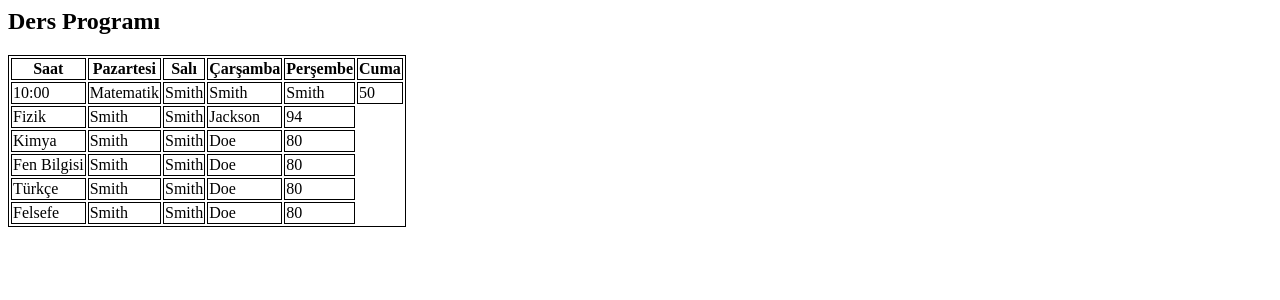
Repository: ahmetbugraozcan/css-ders-programi
Page: deneme.html
An editor plug-in stored every save of this project. The page is shown before and after the next save, followed by the edit.
The browser window is 1280 px wide. The pictures show the whole page.

Above is the page before, as saved 2021-07-07 15:41:29.

After the next save:
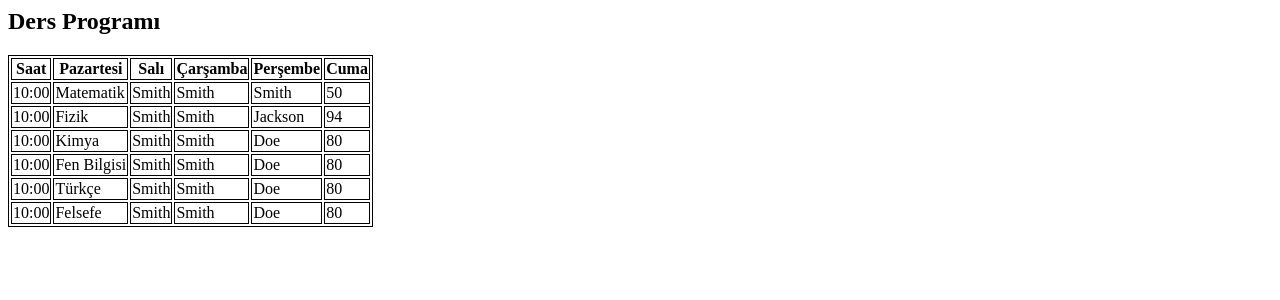
Saved 16 s later.
--- a/deneme.html
+++ b/deneme.html
@@ -33,35 +33,35 @@
 
 
         </tr>
-        <tr>
+        <tr><td>10:00</td>
             <td>Fizik</td>
             <td>Smith</td>
             <td>Smith</td>
             <td>Jackson</td>
             <td>94</td>
         </tr>
-        <tr>
+        <tr><td>10:00</td>
             <td>Kimya</td>
             <td>Smith</td>
             <td>Smith</td>
             <td>Doe</td>
             <td>80</td>
         </tr>
-        <tr>
+        <tr><td>10:00</td>
             <td>Fen Bilgisi</td>
             <td>Smith</td>
             <td>Smith</td>
             <td>Doe</td>
             <td>80</td>
         </tr>
-        <tr>
+        <tr><td>10:00</td>
             <td>Türkçe</td>
             <td>Smith</td>
             <td>Smith</td>
             <td>Doe</td>
             <td>80</td>
         </tr>
-        <tr>
+        <tr><td>10:00</td>
             <td>Felsefe</td>
             <td>Smith</td>
             <td>Smith</td>
